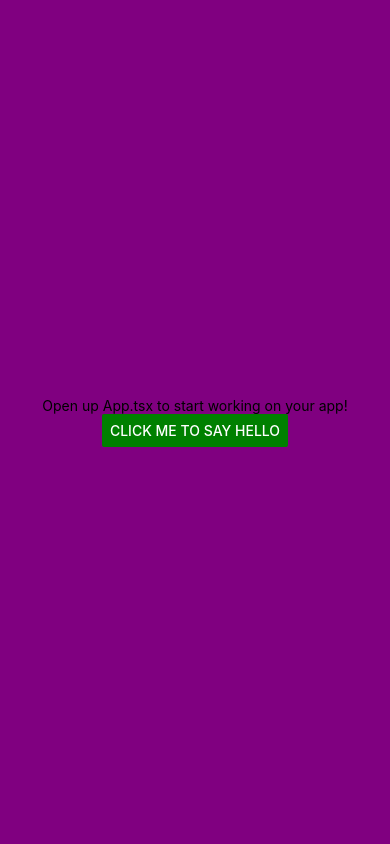
Repository: duongnoob23/WIND_SPEED_IOT
Screen: /Portfolio
An editor plug-in stored every save of this project. The screen is shown before and after the next save, followed by the edit.
The app was drawn by React Native's web renderer in a window 390 px wide. The project was rebuilt for these pictures with package versions that can differ from the ones it lists, and the page was loaded fresh each time.

Above is the screen before, as saved 2025-03-10 15:17:52.

### App.tsx
import { StatusBar } from "expo-status-bar";
import { useState } from "react";
import { StyleSheet, Text, View, Button } from "react-native";

export default function App() {
  const [count, setCount] = useState<number>(0);

  const handleIncrease = () => {
    setCount(count + 1);
  };
  console.log(">>> check count", count);
  return (
    <View style={css.frontEnd}>
      <Text>Open up App.tsx to start working on your app!</Text>
      <StatusBar style="auto" />
      <Button
        title="Click me to say hello"
        onPress={handleIncrease}
        color="green"
      />
    </View>
  );
}

const css = StyleSheet.create({
  frontEnd: {
    flex: 1,
    backgroundColor: "purple",
    display: "flex",
    justifyContent: "center",
    alignItems: "center",
  },
});

After the next save:
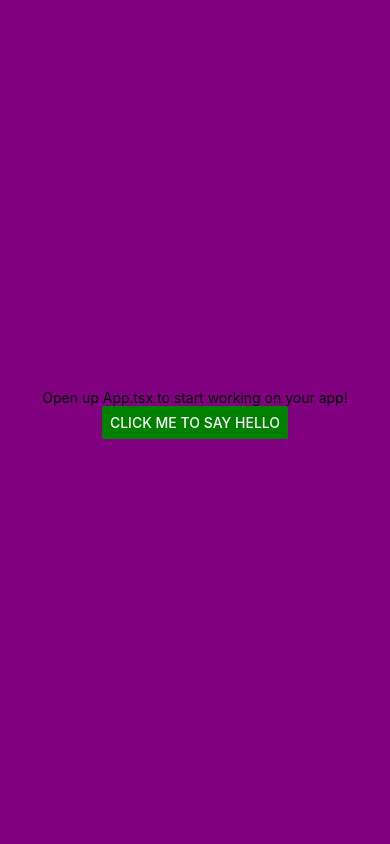
Saved 72 s later.
--- a/App.tsx
+++ b/App.tsx
@@ -1,6 +1,6 @@
 import { StatusBar } from "expo-status-bar";
 import { useState } from "react";
-import { StyleSheet, Text, View, Button } from "react-native";
+import { StyleSheet, Text, View, Button, TextInput } from "react-native";
 
 export default function App() {
   const [count, setCount] = useState<number>(0);
@@ -18,6 +18,7 @@ export default function App() {
         onPress={handleIncrease}
         color="green"
       />
+      <TextInput />
     </View>
   );
 }
